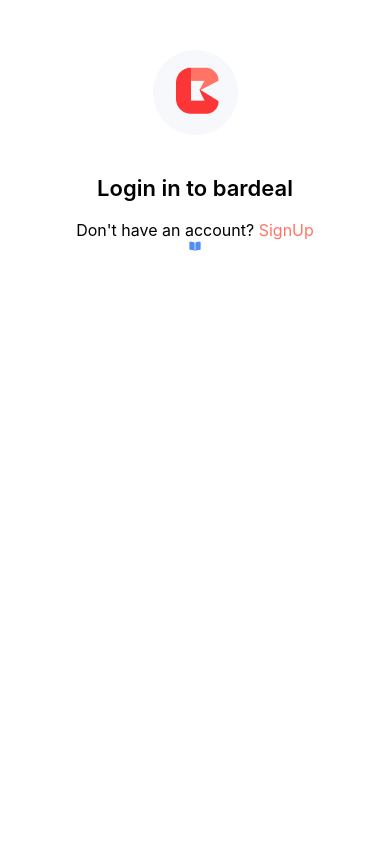
Repository: krunallogisticinfotech/bardealapp-clone
Screen: /
These files come from the project's save history. The screen is drawn as it stood at one moment and after the next save; the edit follows.
The app was drawn by React Native's web renderer in a window 390 px wide. The project was rebuilt for these pictures with package versions that can differ from the ones it lists, and the page was loaded fresh each time.

Above is the screen before, as saved 2021-10-21 18:25:56.

### App.js
import React from 'react';
import Loginscreen from './screens/Loginscreen';

const App = () => {
  return (
    <>
      <Loginscreen />
    </>
  );
};

export default App;

### screens/Loginscreen.js
import React from 'react';
import {Text, View, SafeAreaView, Image, StyleSheet} from 'react-native';
import Logo from '../assets/Logo.png';
import Icon from 'react-native-vector-icons/Ionicons';

const Loginscreen = () => {
  return (
    <SafeAreaView>
      <View style={styles.container}>
        <Image style={styles.applogo} source={Logo} />
        <Text style={styles.logoHeading}>Login in to bardeal</Text>
        <Text style={styles.accountText}>
          Don't have an account?
          <Text onPress={console.log('Singup')} style={styles.signupText}>
            {' '}
            SignUp
          </Text>
        </Text>
        <View style={styles.socialIconContainer}>
          <Icon name="ios-book" color="#4F8EF7"  />
        </View>
      </View>
    </SafeAreaView>
  );
};

const styles = StyleSheet.create({
  container: {
    flex: 1,
    alignItems: 'center',
  },
  applogo: {
    marginTop: 50,
  },
  logoHeading: {
    fontSize: 22,
    height: 25,
    fontWeight: '600',
    marginTop: 40,
  },
  accountText: {
    fontSize: 16,
    height: 20,
    marginTop: 20,
  },
  signupText: {
    color: '#FF7465',
    height: 20,
  },
});

export default Loginscreen;

After the next save:
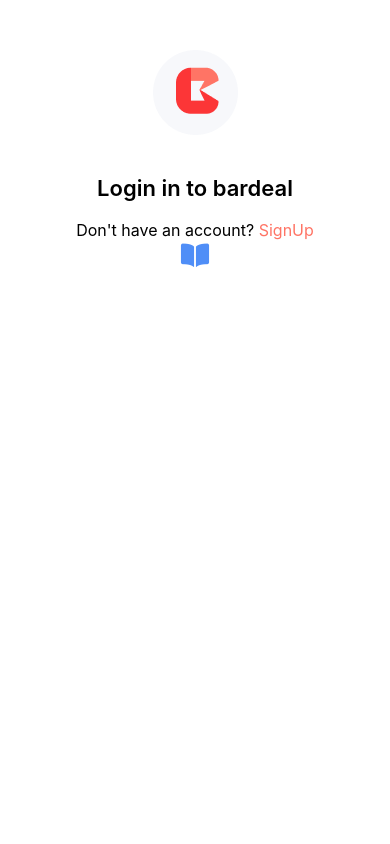
Saved 23 s later.
--- a/screens/Loginscreen.js
+++ b/screens/Loginscreen.js
@@ -17,7 +17,7 @@
           </Text>
         </Text>
         <View style={styles.socialIconContainer}>
-          <Icon name="ios-book" color="#4F8EF7"  />
+          <Icon name="ios-book" color="#4F8EF7" size={30} />
         </View>
       </View>
     </SafeAreaView>
